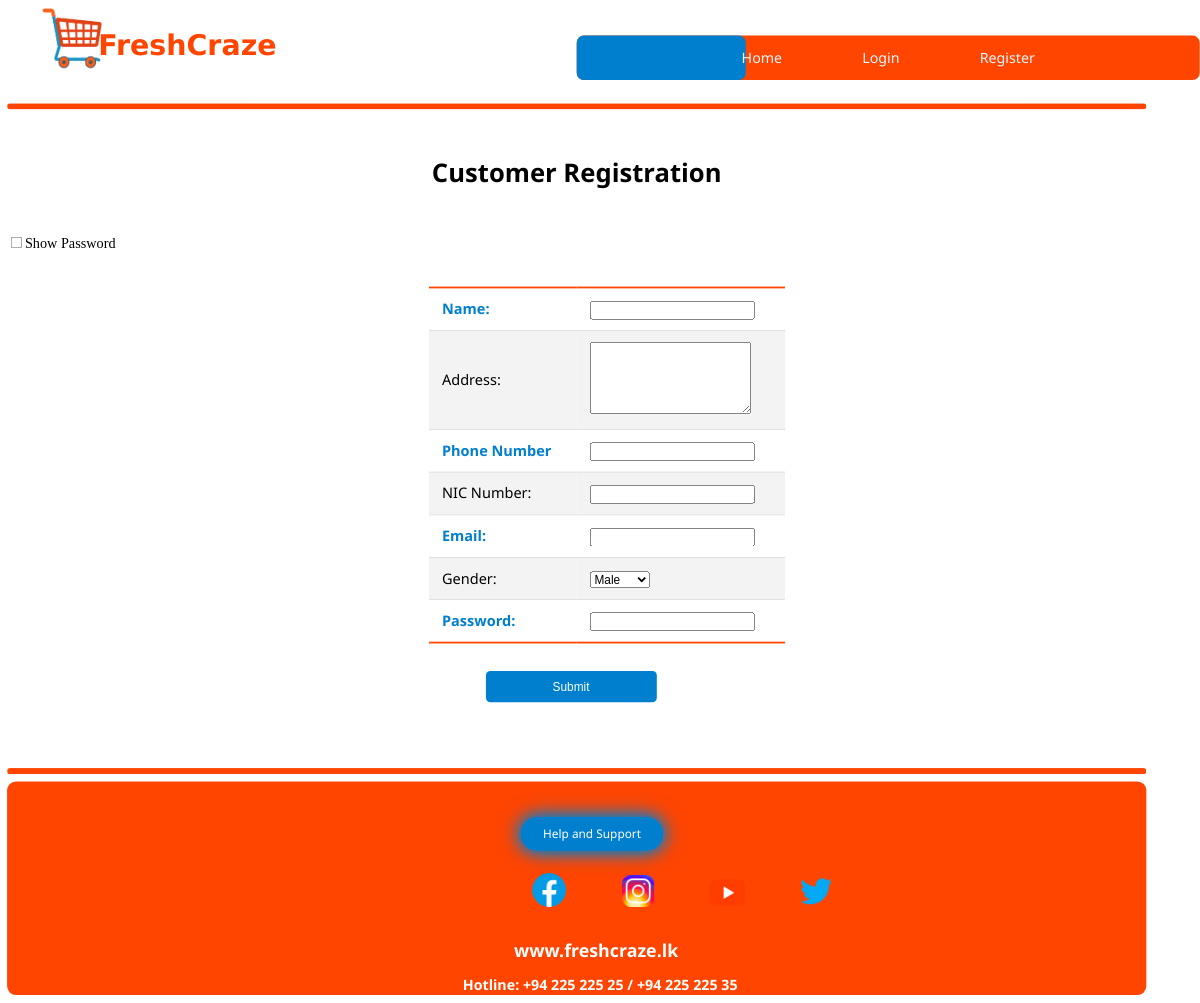
Repository: chamarac2002/FreshCraze
Page: http://localhost/CustomerDemo/customerinsert.jsp
The author's editor kept a copy of each file at every save. The page is drawn from the files as they stood at one save, then again after the next save.
The browser window is 1280 px wide. The page is 1348 px wide, so the pictures cover 1348 px, including what lies to the right of the window. The pictures show the whole page, at 89% of full size.
The page is served by Tomcat 9. Nobody is signed in. The application's start-up code is not run. Other server files are loaded and not shown.

Above is the page before, as saved 2024-05-11 08:52:26.

### CustomerDemo/src/main/webapp/customerinsert.jsp
<%@ page language="java" contentType="text/html; charset=ISO-8859-1"
    pageEncoding="ISO-8859-1"%>
<!DOCTYPE html>

<html lang="en">
<head>
    <meta charset="UTF-8">
    <meta name="viewport" content="width=device-width, initial-scale=1.0">
    <title>Home Page</title>

    <link rel="stylesheet" href="Styles/insertStyle.css">
</head>

<body>

<img src="images\logo.png" class="logo" >

    <h1 class="logo_topic">FreshCraze</h1>

    <nav class="navbar">
        <a href="HomePage.jsp">Home</a>
        <a href="login.jsp">Login</a>
        <a href="customer registration.html">Register</a>
        <span></span>
    </nav>

<hr class="topic_line">

<h1 class = "head">Customer Registration</h1>

<form action="insert" method="post">
	<table class = "table">

   		<tbody>
		<tr class="active-row">
			<td>Name:</td>
			<td><input type="text" name="name"></td>
		</tr>
		<tr>
			<td>Address:</td>
			<td><textarea name="address" rows="5" cols="20"></textarea></td>
		</tr>
		<tr class="active-row">
			<td>Phone Number</td>
			<td><input type="tel" name="phone"></td>
		</tr>
		<tr>
			<td>NIC Number:</td>
			<td><input type="text" name="nic"></td>
		</tr>
		<tr class="active-row">
			<td>Email:</td>
			<td><input type="email" name="email"></td>
		</tr>
		<tr>
			<td>Gender:</td>
			<td><select name = "gender" >
					<option value = "Male">Male</option>
					<option value = "Female">Female</option>
					<option value = "Other">Other</option>
				</select>
		</tr>
		<tr class="active-row">
			<td>Password:</td>
			<td><input type="password" name="pass" id="myInput"></td>
			<input type="checkbox" onclick="myFunction()">Show Password
		</tr>


    </tbody>
	</table>
	<input type="submit" name="submit" class="sub" value="Submit"><br><br><br>
</form>

<script>
	function myFunction() {
	  var x = document.getElementById("myInput");
	  if (x.type === "password") {
	    x.type = "text";
	  } else {
	    x.type = "password";
	  }
	}
</script>

<hr class="footer_line">

<div class="footer">
    <a href="link" target="_blank">
    <button type="button" class="help_button">Help and Support</button>
    </a>

    <div class="fb_icon">
        <a href="https://www.facebook.com/" target="_blank"><img src="images/facebook.png"></a>
    </div>

    <div class="insta_icon">
        <a href="https://www.instagram.com/" target="_blank"><img src="images/insta.png"></a>
    </div>

    <div class="twitt_icon">
        <a href="https://www.twitter.com/" target="_blank"><img src="images/Twitter.png"></a>
    </div>

    <div class="yt_icon">
        <a href="https://www.youtube.com/" target="_blank"><img src="images/yt.png"></a>
    </div>
</div>

<div class="contacts">
    <h1 class="link">www.freshcraze.lk</h1>
    <h1>Hotline: +94 225 225 25 / +94 225 225 35</h1>
</div>

</body>
</html>

### CustomerDemo/src/main/webapp/Styles/insertStyle.css
body{
    background-color: #ffffff;
    background-repeat: no-repeat;
    background-attachment: fixed;
    background-position: center;
    width: 100%;
}

.logo{
    width: 70px;
    height: 70px;
    margin-left: 3%;
}

.logo_topic{
    font-family: verdana;
    margin-left: 8%;
    margin-top: -3.9%;
    color: orangered;
}

.navbar{
    margin-left:50%;
    margin-top:-4%;
    padding: 0;
    box-sizing: border-box;
    font-family: 'Segoe UI';
    display: flex;
    justify-content:center;
    align-items: center;
    min-height: 5vh;

    position:relative;
    background-color: orangered;
    border-radius: 8px;
    width: 700px;
    height: 50px;
    display: flex;
}

nav a{
    position: relative;
    display: inline-block;
    font-size: 1em;
    font-weight: 500;
    color: aliceblue;
    text-decoration: none;
    padding: 45px;
    z-index: 1;
}

nav span{
    position: absolute;
    top: 0;
    left: 0;
    width: 190px;
    height: 100%;
    background-color:rgb(0, 127, 206);
    border-radius: 8px;
    transition: .3s;
}

nav a:nth-child(1):hover~span{
    left: 0;
    width: 190px;
}

nav a:nth-child(2):hover~span{
    left: 190px;
    width: 150px;
}

nav a:nth-child(3):hover~span{
    left:330px;
    width: 150px;
}

nav a:nth-child(4):hover~span{
    left: 470px;
    width: 230px;
}

.topic_line{
    border: none;
    margin-top: 2%;
    border-top: 7px solid orangered;
    border-radius: 10px;
}

.help_button{
    box-shadow:0 0 15px rgb(0, 127, 206),0 0 25px rgb(0, 127, 206);
    border: none;
    width: 160px;
    margin-left: 44%;
    font-family: 'Segoe UI';
    padding: 10px 12px;
    color: #ffffff;
    background-color:rgb(0, 127, 206);
    border-radius: 20px;
}

.help_button:hover{
    box-shadow: 0 0 25px rgb(0, 127, 206);
}

.fb_icon{
    margin-left: 560px;
    margin-top: 20px;
}

.insta_icon{
    margin-left: 660px;
    margin-top: -51px;
}

.yt_icon{
    margin-left: 760px;
    margin-top: -51px;
}

.twitt_icon{
    margin-left: 860px;
    margin-top: -51px;
}

.footer{
    height: 200px;
    background-color: orangered;
    padding-top: 40px;
    padding-left: 25px;
    border-radius: 10px;
}

.footer_line{
    border: none;
    margin-top: 3%;
    border-top: 7px solid orangered;
    border-radius: 10px;
}

.contacts{
    font-size: 8px;
    color:rgb(255, 255, 255);
    font-family: 'Segoe UI';
    margin-left: 40%;
    margin-top: -5%;
}

.link{
    font-size: 20px ;
    margin-top: -6%;
    margin-left: 7.5%;
}

.table {
    border-collapse: collapse;
    margin: 25px 0;
    font-size: 1.02em;
    font-family: 'Segoe UI';
    min-width: 400px;
    margin-left: 37%;
    margin-top: 3%;
}

.head {
	margin-top: 4%;
    text-align: center;
 	margin-bottom: 50px;
 	font-family: 'Segoe UI';
 	font-size: 1.8em;
}

.table th,
.table td {
    padding: 12px 15px;
}

.table tbody tr {
    border-bottom: 1px solid #dddddd;
}

.table tbody tr:nth-of-type(even) {
    background-color: #f3f3f3;
}

.table tbody tr:last-of-type {
    border-bottom: 2px solid orangered;
}

.table tbody tr:first-of-type {
    border-top: 2px solid orangered;
}

.table tbody tr.active-row {
    font-weight: bold;
    color: rgb(0, 127, 206);
}

.sub {
  	margin-left: 42%;
    margin-top: 0.5%;
    text-align: center;
    color : #ffffff;
  	width: 15%;
	padding: 10px;
 	background-color: rgb(0, 127, 206);
 	border: none;
 	border-radius: 5px;
 	cursor: pointer;
}

.sub:hover{
    background-color: orangered;
}

After the next save:
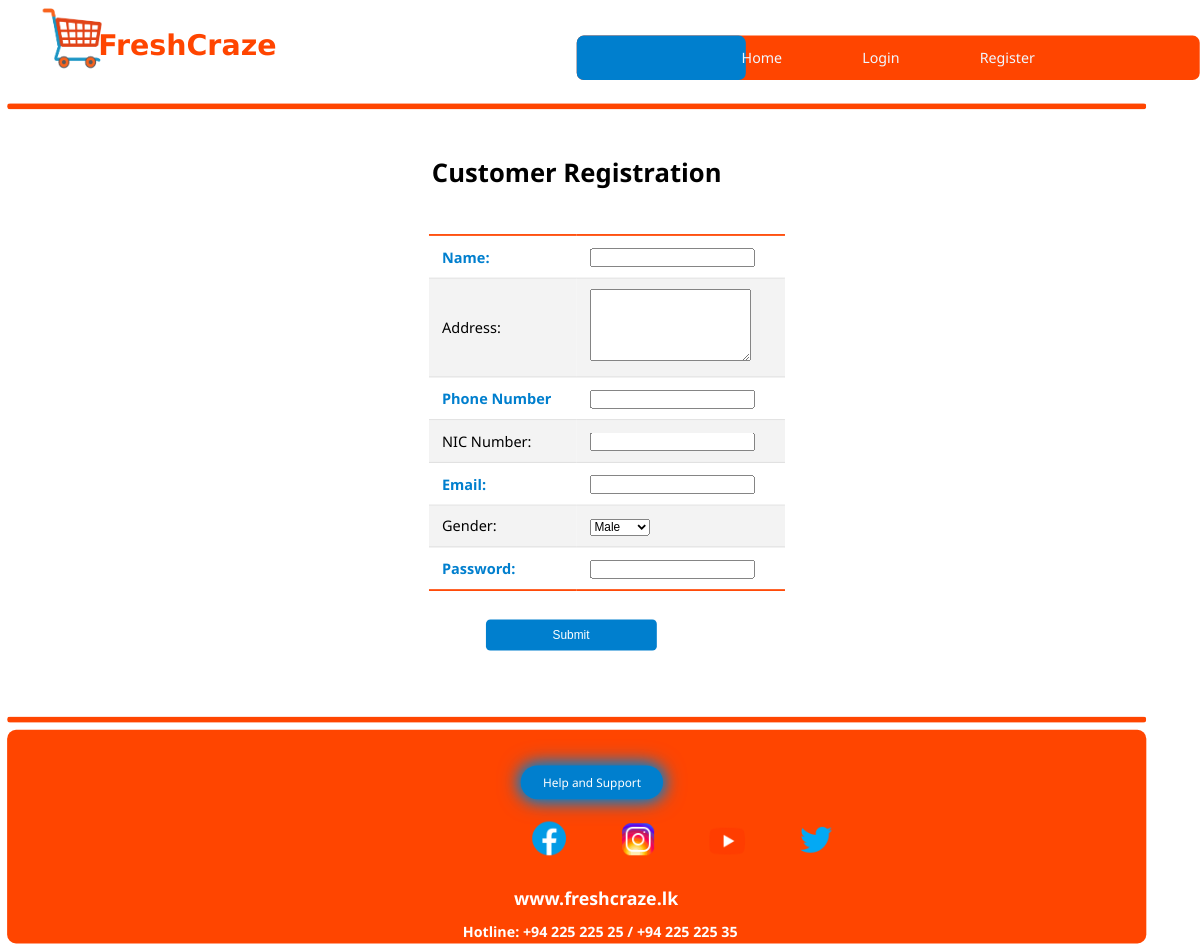
Saved 3 min 0 s later.
--- a/CustomerDemo/src/main/webapp/customerinsert.jsp
+++ b/CustomerDemo/src/main/webapp/customerinsert.jsp
@@ -62,8 +62,7 @@
 		</tr>
 		<tr class="active-row">
 			<td>Password:</td>
-			<td><input type="password" name="pass" id="myInput"></td>
-			<input type="checkbox" onclick="myFunction()">Show Password
+			<td><input type="password" name="pass"></td>
 		</tr>
 
 
@@ -71,17 +70,6 @@
 	</table>
 	<input type="submit" name="submit" class="sub" value="Submit"><br><br><br>
 </form>
-
-<script>
-	function myFunction() {
-	  var x = document.getElementById("myInput");
-	  if (x.type === "password") {
-	    x.type = "text";
-	  } else {
-	    x.type = "password";
-	  }
-	}
-</script>
 
 <hr class="footer_line">
 
